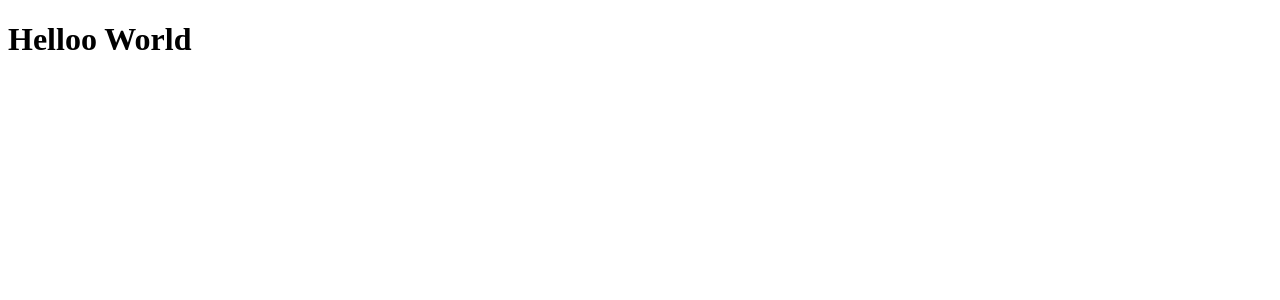
Repository: derekpwwong/jee-workspace
Page: workspace/WebServlet/WebContent/index.html
The author's editor kept a copy of each file at every save. The page is drawn from the files as they stood at one save, then again after the next save.
The browser window is 1280 px wide. The pictures show the whole page.

Above is the page before, as saved 2016-10-08 18:03:46.

### workspace/WebServlet/WebContent/index.html
<!DOCTYPE html>
<html>
<head>
<meta charset="ISO-8859-1">
<title>INtroduction to JEE</title>
</head>
<body>
<h1>Helloo World</h1>
</body>
</html>

After the next save:
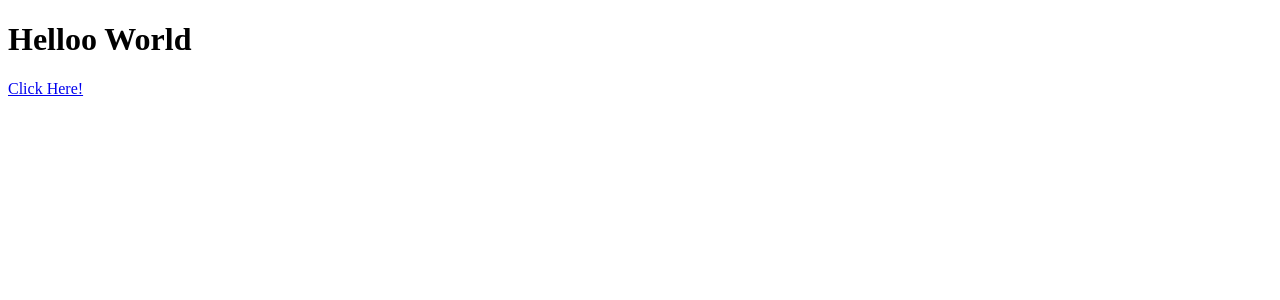
Saved 36 s later.
--- a/workspace/WebServlet/WebContent/index.html
+++ b/workspace/WebServlet/WebContent/index.html
@@ -6,5 +6,6 @@
 </head>
 <body>
 <h1>Helloo World</h1>
+<a href="test.html">Click Here!</a>
 </body>
 </html>
